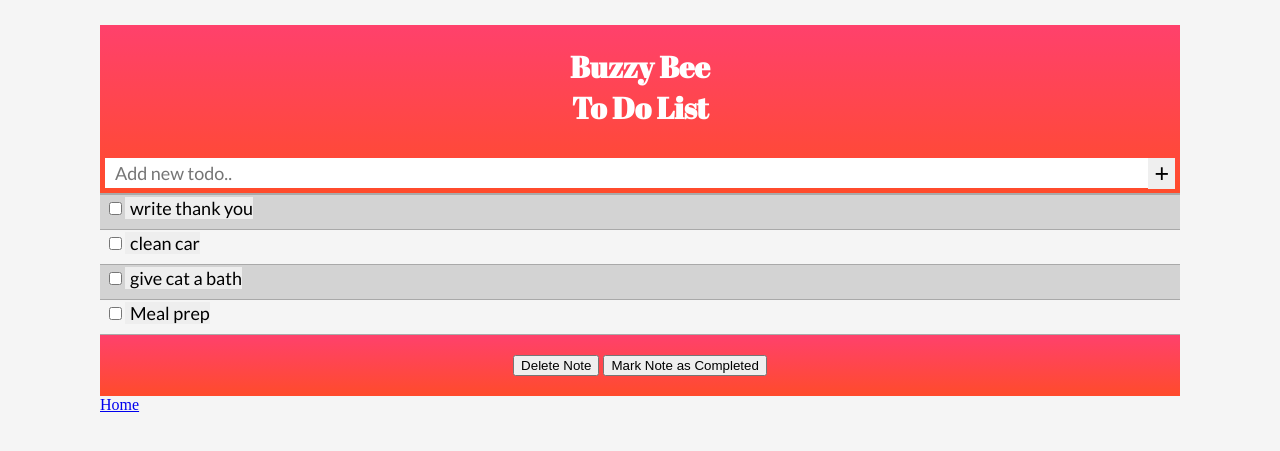
Repository: seleniadelgado/backend-spring2020-angie
Page: projects/todo/public_html/index.html
These files come from the project's save history. The page is drawn as it stood at one moment and after the next save; the edit follows.
The browser window is 1280 px wide. The pictures show the whole page.
The page's requests for data from a server got no answer.

Above is the page before, as saved 2020-05-13 16:37:30.

After the next save:
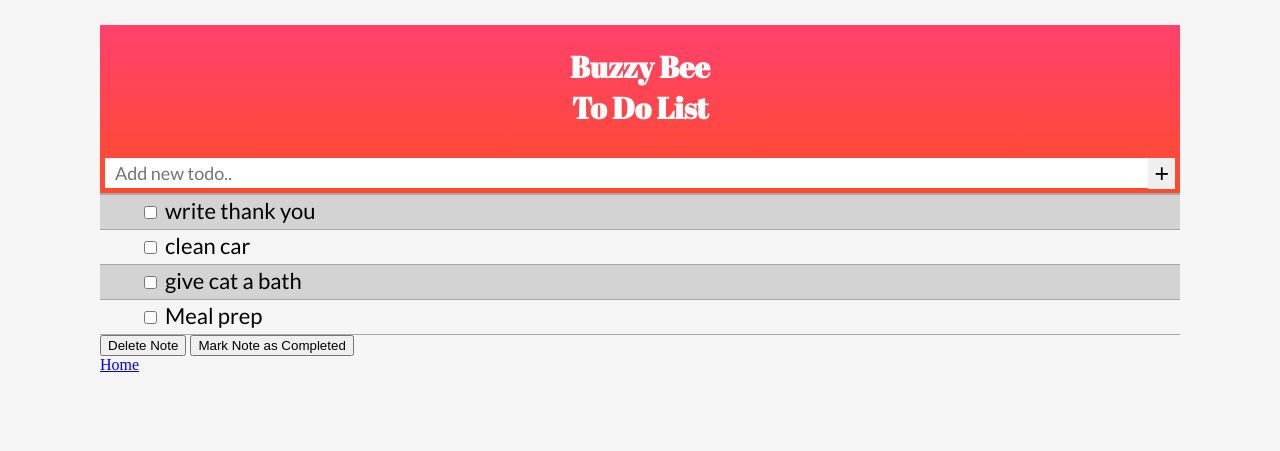
Saved 26 s later.
--- a/projects/todo/public_html/styles.css
+++ b/projects/todo/public_html/styles.css
@@ -82,10 +82,20 @@ body {
     margin: auto;
     padding-top: 2px;
 }
+.container {
+    display: block;
+    position: relative;
+    padding-left: 35px;
+    margin-bottom: 12px;
+    cursor: pointer;
+    font-size: 22px;
+    -webkit-user-select: none;
+    -moz-user-select: none;
+    -ms-user-select: none;
+    user-select: none;
 .checkmark {
     padding-left: 5px;
     position: absolute;
-    background-color: #eee;
 }
 checkbox {
     color: red;
